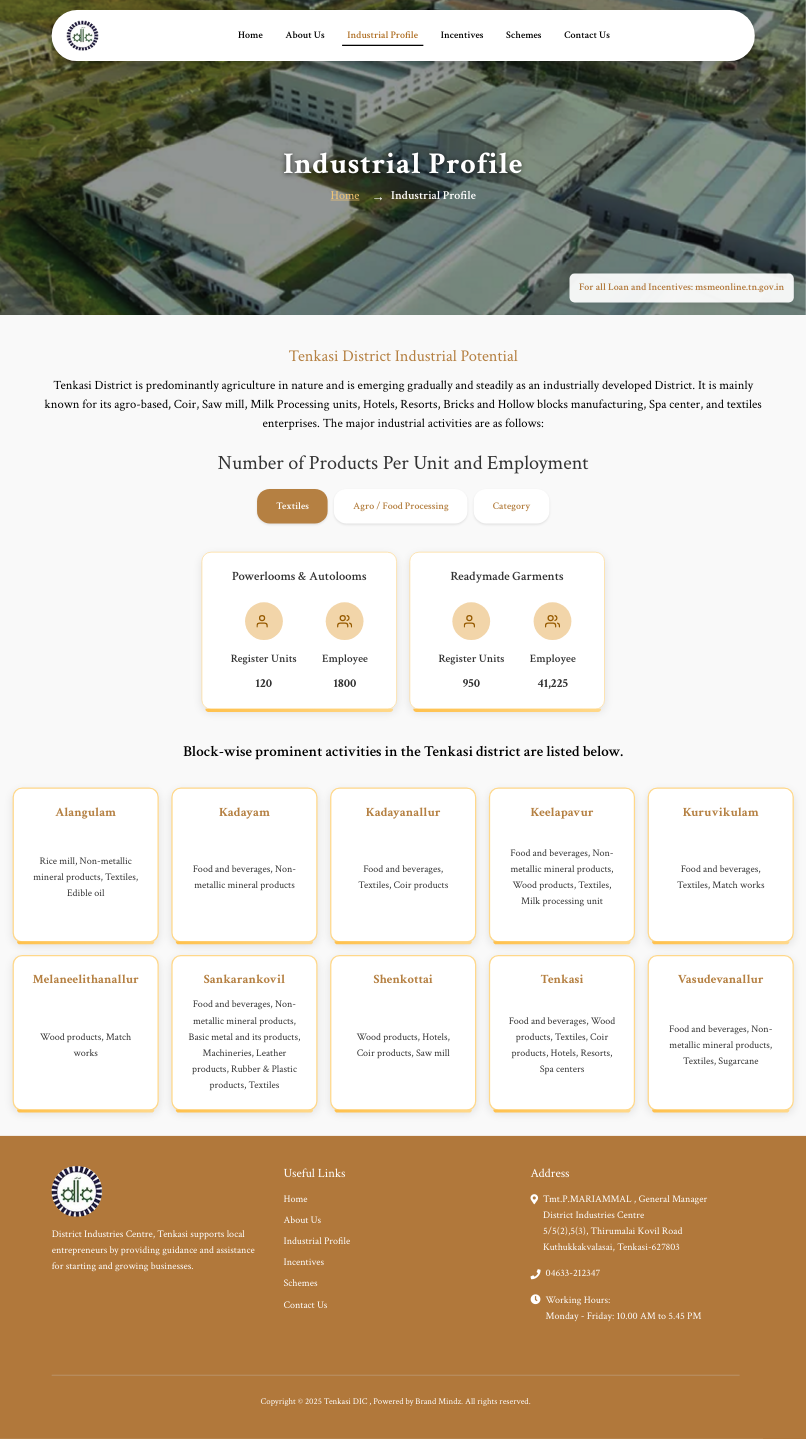
Repository: Brand-Mindz-Global-Technology-Pvt-Ltd/TenkasiDIC--FrontEnd
Page: Industrial Profile/Industrial.html
These files come from the project's save history. The page is drawn as it stood at one moment and after the next save; the edit follows.
The browser window is 1280 px wide. The pictures show the whole page, at 63% of full size.
Some web libraries are served in a nearby version.

Above is the page before, as saved 2025-07-09 11:39:59.

After the next save:
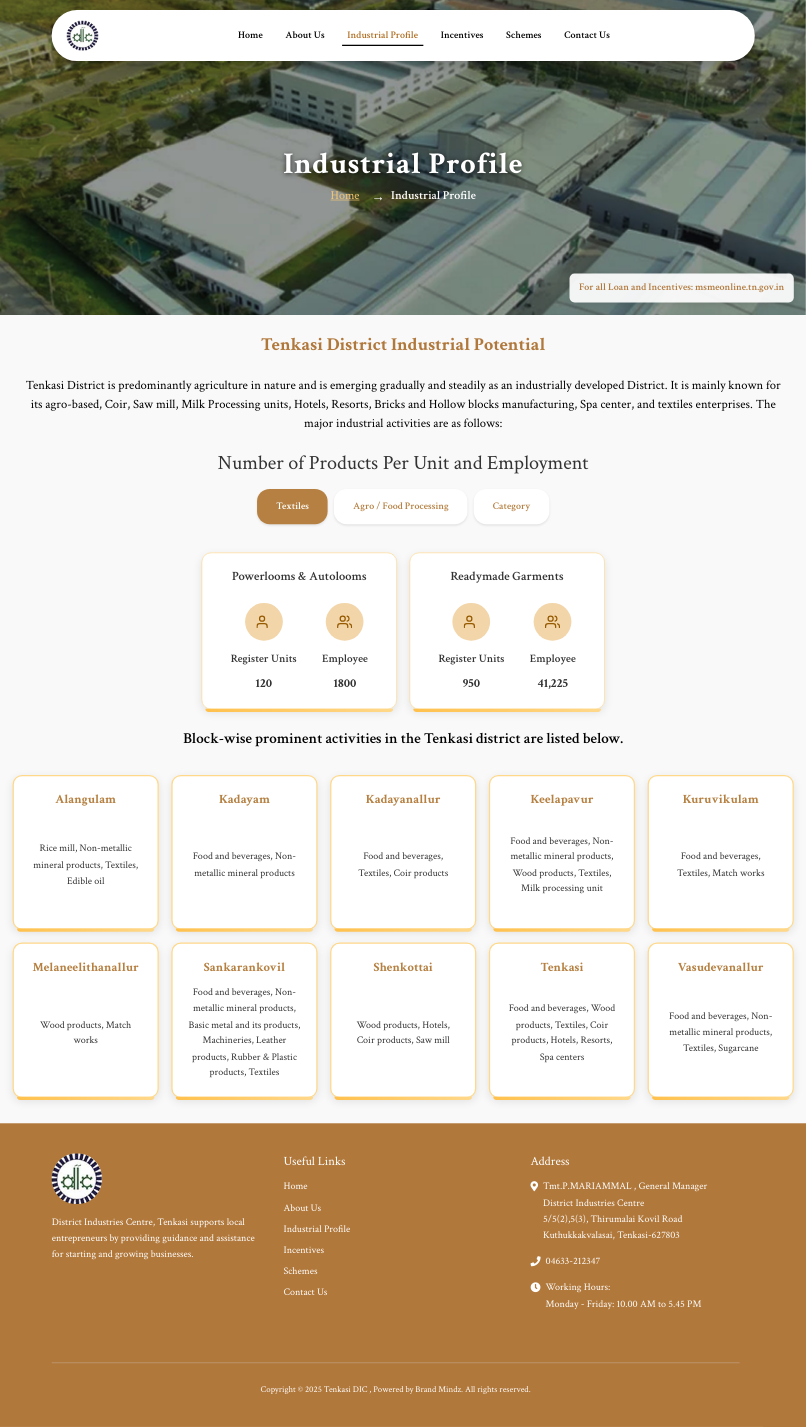
Saved 6 s later.
--- a/Industrial Profile/Industrial.html
+++ b/Industrial Profile/Industrial.html
@@ -57,9 +57,9 @@
     </div>
   </div>
 
-  <div class="main-content">
+  <div class="container-standard section">
     <div class="header">
-      <h1>Tenkasi District Industrial Potential</h1>
+      <h1 class="section-title">Tenkasi District Industrial Potential</h1>
       <p class="description">
         Tenkasi District is predominantly agriculture in nature and is emerging gradually and steadily as an
         industrially developed District. It is mainly known for its agro-based, Coir, Saw mill, Milk Processing
